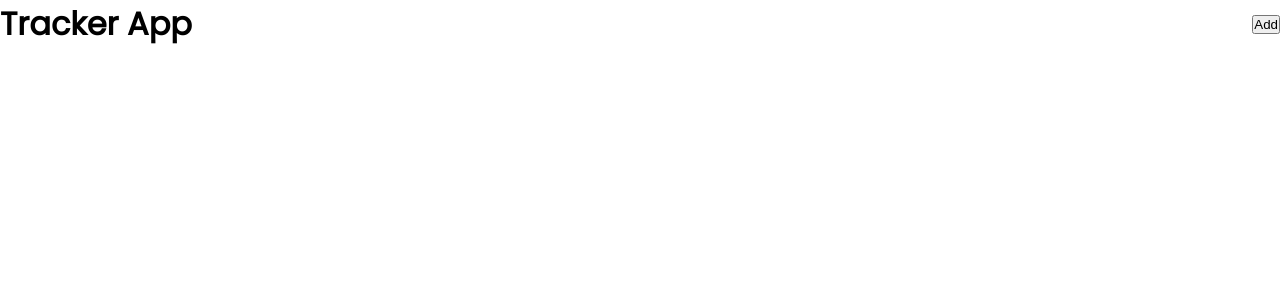
Repository: Samkiroko/task-tracker-app
Page: /
The author's editor kept a copy of each file at every save. The page is drawn from the files as they stood at one save, then again after the next save.
The browser window is 1280 px wide. The pictures show the whole page.
The project was rebuilt for these pictures with package versions that can differ from the ones it lists, and the page was loaded fresh each time.

Above is the page before, as saved 2021-08-02 13:27:16.

### public/index.html
<!DOCTYPE html>
<html lang="en">

<head>
    <meta charset="utf-8" />
    <link rel="icon" href="%PUBLIC_URL%/favicon.ico" />
    <meta name="viewport" content="width=device-width, initial-scale=1" />
    <meta name="theme-color" content="#000000" />
    <meta name="description" content="Web site created using create-react-app" />
    <link rel="apple-touch-icon" href="%PUBLIC_URL%/logo192.png" />

    <link rel="manifest" href="%PUBLIC_URL%/manifest.json" />

    <title>Task tracker App</title>
</head>

<body>
    <div id="root"></div>
</body>

</html>

### src/index.css
@import url('https://fonts.googleapis.com/css2?family=Poppins:wght@300;400&display=swap');
* {
    box-sizing: border-box;
    margin: 0;
    padding: 0;
}

body {
    font-family: 'Poppins', sans-serif;
}

.container {
    max-width: 500px;
    margin: 30px auto;
    overflow: auto;
    min-height: 300px;
    border: 1px solid steelblue;
    padding: 30px;
    border-radius: 5px;
}

.header {
    display: flex;
    justify-content: space-between;
    align-items: center;
    margin-bottom: 20px;
}

.btn {
    display: inline-block;
    background: #000;
    color: #fff;
    border: none;
    padding: 10px 20px;
    margin: 5px;
    border-radius: 5px;
    cursor: pointer;
    text-decoration: none;
    font-size: 15px;
    font-family: inherit;
}

.btn:focus {
    outline: none;
}

.btn:active {
    transform: scale(0.98);
}

.btn-block {
    display: block;
    width: 100%;
}

.task {
    background: #f4f4f4;
    margin: 5px;
    padding: 10px 20px;
    cursor: pointer;
}

.task.reminder {
    border-left: 5px solid green;
}

.task h3 {
    display: flex;
    align-items: center;
    justify-content: space-between;
}

.add-form {
    margin-bottom: 40px;
}

.form-control {
    margin: 20px 0;
}

.form-control label {
    display: block;
}

.form-control input {
    width: 100%;
    height: 40px;
    margin: 5px;
    padding: 3px 7px;
    font-size: 17px;
}

.form-control-check {
    display: flex;
    align-items: center;
    justify-content: space-between;
}

.form-control-check label {
    flex: 1;
}

.form-control-check input {
    flex: 2;
    height: 20px;
}

footer {
    margin-top: 30px;
    text-align: center;
}

### src/App.js
import Header from './components/Header'

function App() {
  return (
    <div className='App'>
      <Header title='Tracker App' />
    </div>
  )
}

export default App

### src/components/Header.js
import React from 'react'

const Header = ({ title }) => {
  return (
    <header className='header'>
      <h1>{title}</h1>
      <button>Add</button>
    </header>
  )
}

export default Header

Loaded but not shown: src/index.js (common file)

After the next save:
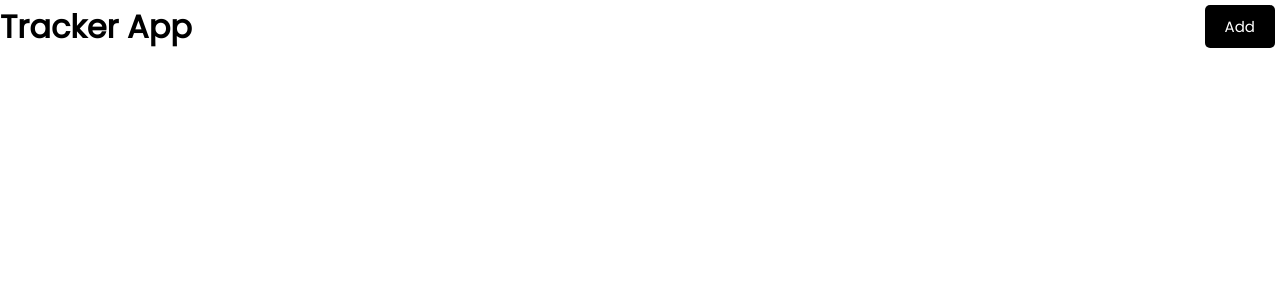
Saved 15 s later.
--- a/src/components/Header.js
+++ b/src/components/Header.js
@@ -4,7 +4,7 @@ const Header = ({ title }) => {
   return (
     <header className='header'>
       <h1>{title}</h1>
-      <button>Add</button>
+      <button className='btn'>Add</button>
     </header>
   )
 }
